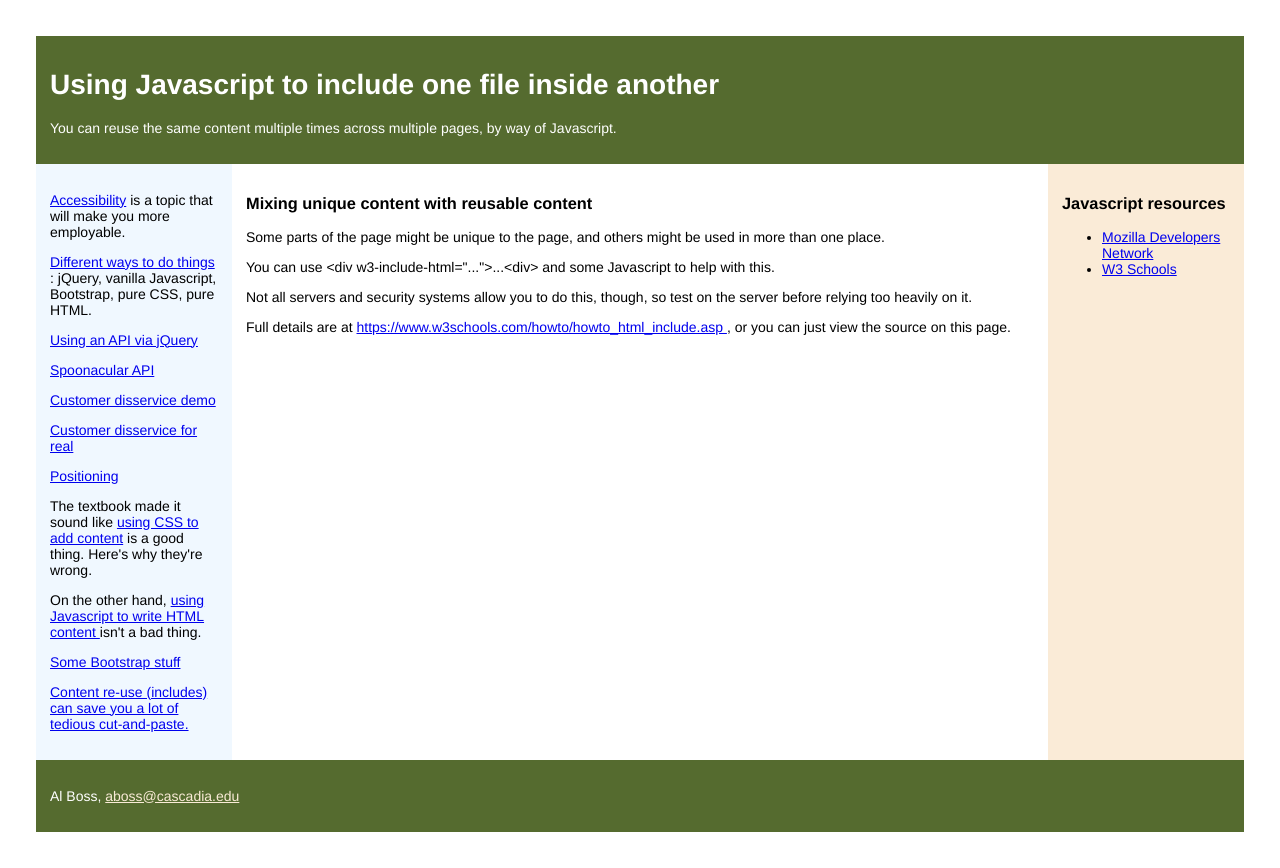
Repository: alboss/bit-175
Page: docs/includes-index.html
These files come from the project's save history. The page is drawn as it stood at one moment and after a run of saves; the edit follows.
The browser window is 1280 px wide. The pictures show the whole page.

Above is the page before, as saved 2023-05-10 17:19:40.

### docs/includes-index.html
<!DOCTYPE html>
<html lang="en">
  <head>
    <meta charset="UTF-8" />
    <meta http-equiv="X-UA-Compatible" content="IE=edge" />
    <meta name="viewport" content="width=device-width, initial-scale=1.0" />
    <title>Using Javascript to include one file inside another</title>
    <link rel="stylesheet" type="text/css" href="./styles/styles.css" />
    <style>
      .page-parts,
      .page-parts-body {
        display: flex;
        flex-direction: column;
      }

      .page-parts-nav {
        order: -1;
        background-color: aliceblue;
      }

      @media (min-width: 768px) {
        .page-parts-body {
          flex-direction: row;
          flex: 1;
        }
        .page-parts-content {
          flex: 1;
          padding: 1em;
        }
        .page-parts-nav,
        .page-parts-aside {
          /* 12em is the width of the columns */
          flex: 0 0 12em;
          padding: 1em;
        }
        .page-parts-aside {
          background-color: antiquewhite;
        }
        header,
        footer {
          background-color: darkolivegreen;
          color: #fff;
          padding: 1em;
        }
      }
      footer a {
        color: antiquewhite;
      }
    </style>
  </head>

  <body class="page-parts">
    <header>
      <h1>Using Javascript to include one file inside another</h1>
      <p>
        You can reuse the same content multiple times across multiple pages, by
        way of Javascript.
      </p>
    </header>

    <div class="page-parts-body">
      <main class="page-parts-content">
        <h3>Mixing unique content with reusable content</h3>
        <p>
          Some parts of the page might be unique to the page, and others might
          be used in more than one place.
        </p>
        <p>
          You can use &lt;div w3-include-html="..."&gt;...&lt;div&gt; and some
          Javascript to help with this.
        </p>

        <p>
          Not all servers and security systems allow you to do this, though, so
          test on the server before relying too heavily on it.
        </p>
        <p>
          Full details are at
          <a href="https://www.w3schools.com/howto/howto_html_include.asp">
            https://www.w3schools.com/howto/howto_html_include.asp
          </a>
          , or you can just view the source on this page.
        </p>
      </main>
      <nav class="page-parts-nav">
        <div w3-include-html="./includes-nav.html"></div>
      </nav>
      <aside class="page-parts-aside">
        <div w3-include-html="./includes-something-else.html"></div>
      </aside>
    </div>
    <footer>
      <div w3-include-html="./includes-footer.html"></div>
    </footer>
    <script src="./includes.js"></script>
    <script>
      includeHTML();
    </script>
  </body>
</html>

### docs/styles/styles.css
body {
  font-family: Helvetica, Arial, Sans-serif;
  font-size: 14px;
  padding: 2em;
}
#description {
  border: 2px solid #999;
  padding: 2em;
  margin: 2em;
}
#lead {
  font-size: 1.2em;
  color: #666;
}
.highlight {
  background-color: yellow;
  font-weight: bold;
}

nav.top ul {
  display: flex;
}
nav.top ul li {
  margin: 0px;
  padding: 10px 25px;
  border-inline: 2px solid #333;
  margin-left: -2px;
  background-color: cornsilk;
  list-style: none;
}
nav.top ul li:hover {
  background-color: blanchedalmond;
  list-style: none;
  display: block;
}

### docs/includes.js
function includeHTML() {
  let z, i, elmnt, file, xhttp;
  /* Loop through a collection of all HTML elements: */
  z = document.getElementsByTagName("*");
  for (i = 0; i < z.length; i++) {
    elmnt = z[i];
    /*search for elements with a certain atrribute:*/
    file = elmnt.getAttribute("w3-include-html");
    if (file) {
      /* Make an HTTP request using the attribute value as the file name: */
      xhttp = new XMLHttpRequest();
      xhttp.onreadystatechange = function () {
        if (this.readyState == 4) {
          if (this.status == 200) {
            elmnt.innerHTML = this.responseText;
          }
          if (this.status == 404) {
            elmnt.innerHTML = "Page not found.";
          }
          /* Remove the attribute, and call this function once more: */
          elmnt.removeAttribute("w3-include-html");
          includeHTML();
        }
      };
      xhttp.open("GET", file, true);
      xhttp.send();
      /* Exit the function: */
      return;
    }
  }
}

### docs/includes-nav.html
<p>
  <a href="./a11y.html">Accessibility</a>
  is a topic that will make you more employable.
</p>
<p>
  <a href="./choices/">Different ways to do things</a>
  : jQuery, vanilla Javascript, Bootstrap, pure CSS, pure HTML.
</p>
<p><a href="./api.html">Using an API via jQuery</a></p>
<p><a href="./spoonacular-api/index.html">Spoonacular API</a></p>
<p><a href="./customer-service-demo.html">Customer disservice demo</a></p>
<p><a href="./customer-service.html">Customer disservice for real</a></p>
<p><a href="./positioning.html">Positioning</a></p>
<p>
  The textbook made it sound like
  <a href="./css-is-not-content.html">using CSS to add content</a>
  is a good thing. Here's why they're wrong.
</p>
<p>
  On the other hand,
  <a href="./includes/js-write-html.html">
    using Javascript to write HTML content
  </a>
  isn't a bad thing.
</p>
<p><a href="./bootstrap/">Some Bootstrap stuff</a></p>
<p>
  <a href="./includes-index.html">
    Content re-use (includes) can save you a lot of tedious cut-and-paste.
  </a>
</p>

### docs/includes-something-else.html
<h3>Javascript resources</h3>
<ul>
  <li>
    <a href="https://developer.mozilla.org/en-US/docs/Web/JavaScript">
      Mozilla Developers Network
    </a>
  </li>
  <li>
    <a href="https://www.w3schools.com/js/default.asp">W3 Schools</a>
  </li>
</ul>

### docs/includes-footer.html
<p>
  Al Boss,
  <a href="mailto:aboss@cascadia.edu">aboss@cascadia.edu</a>
</p>

After the next 2 saves:
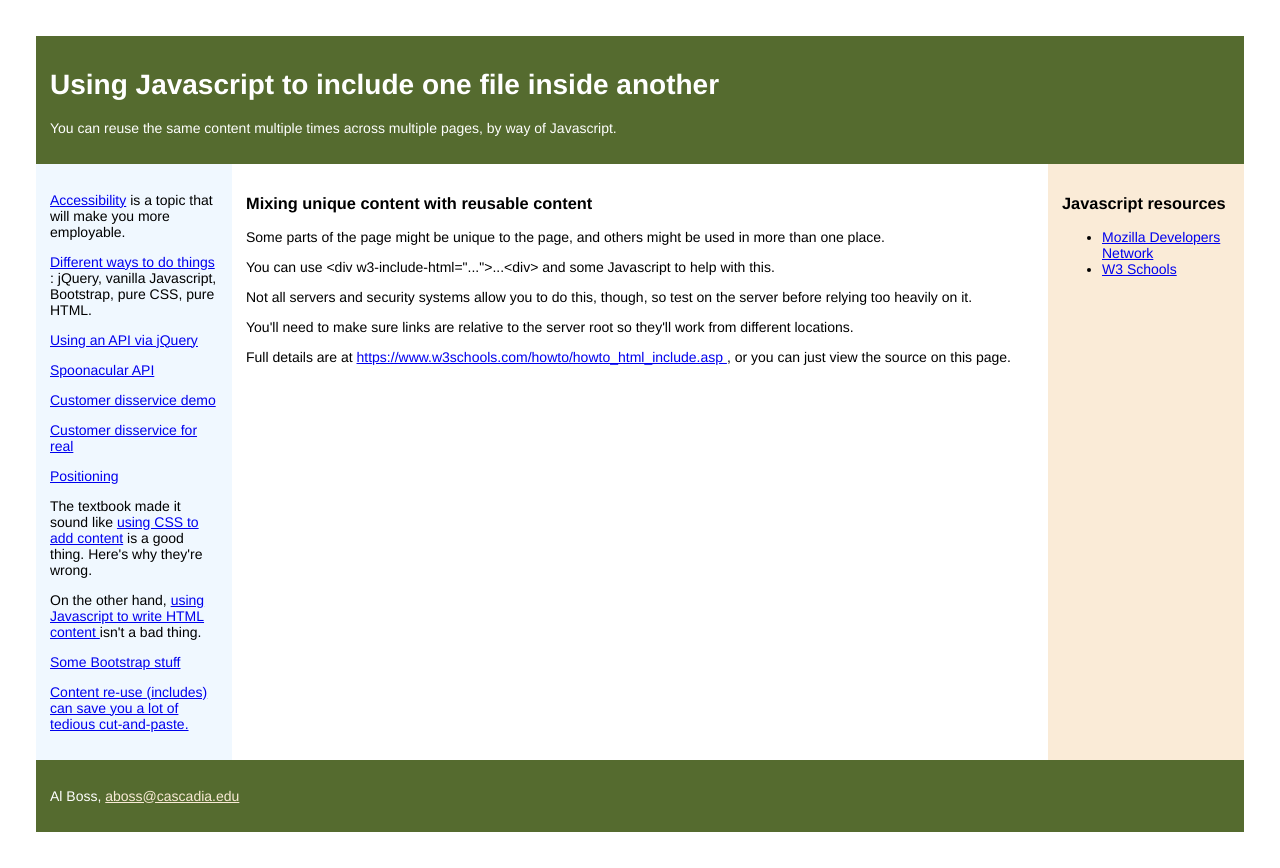
The 2 saves are shown as one change because they came seconds apart.
The last was saved 7 s later.
--- a/docs/includes-index.html
+++ b/docs/includes-index.html
@@ -69,10 +69,13 @@
           You can use &lt;div w3-include-html="..."&gt;...&lt;div&gt; and some
           Javascript to help with this.
         </p>
-
         <p>
           Not all servers and security systems allow you to do this, though, so
           test on the server before relying too heavily on it.
+        </p>
+        <p>
+          You'll need to make sure links are relative to the server root so
+          they'll work from different locations.
         </p>
         <p>
           Full details are at

After the 2 saves that followed:
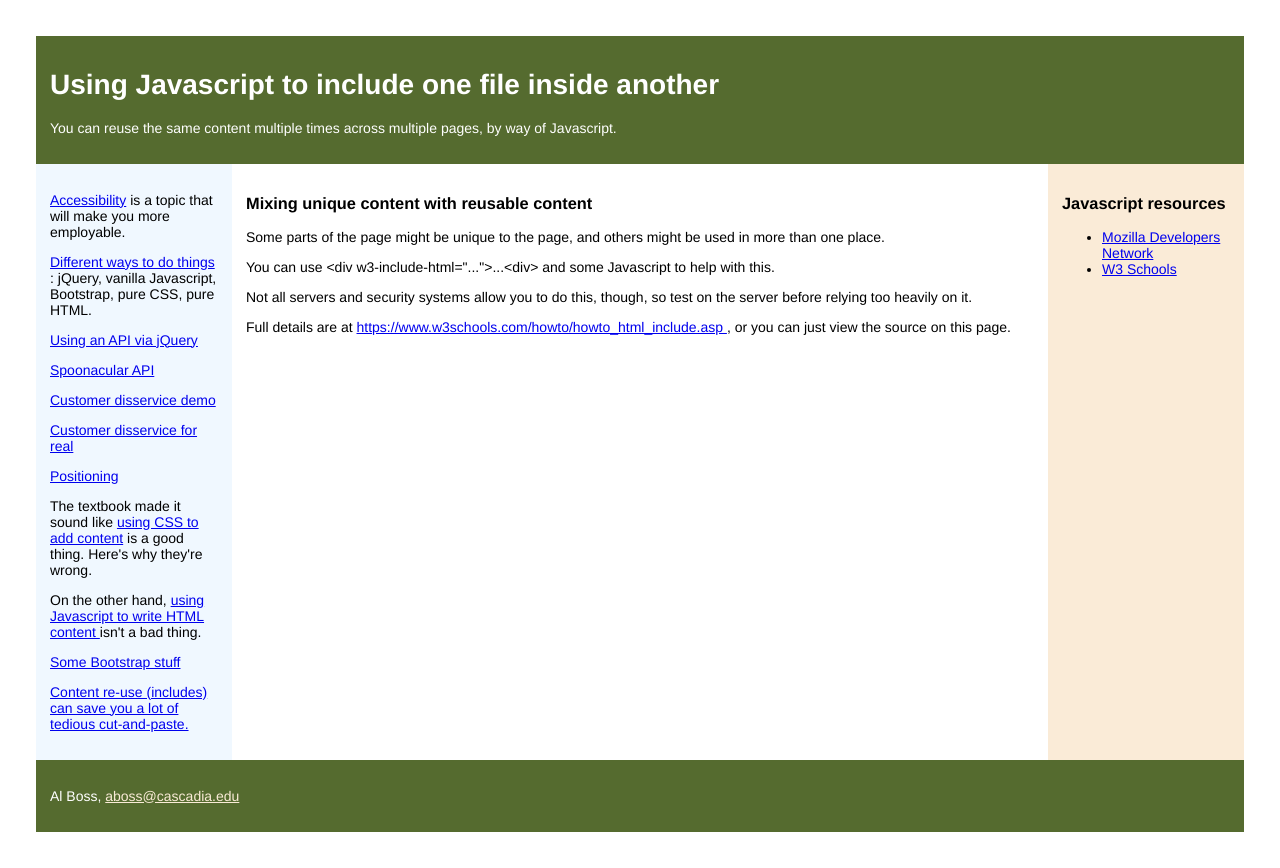
The 2 saves are shown as one change because they came seconds apart.
The last was saved 58 s later.
--- a/docs/includes-index.html
+++ b/docs/includes-index.html
@@ -74,10 +74,6 @@
           test on the server before relying too heavily on it.
         </p>
         <p>
-          You'll need to make sure links are relative to the server root so
-          they'll work from different locations.
-        </p>
-        <p>
           Full details are at
           <a href="https://www.w3schools.com/howto/howto_html_include.asp">
             https://www.w3schools.com/howto/howto_html_include.asp
